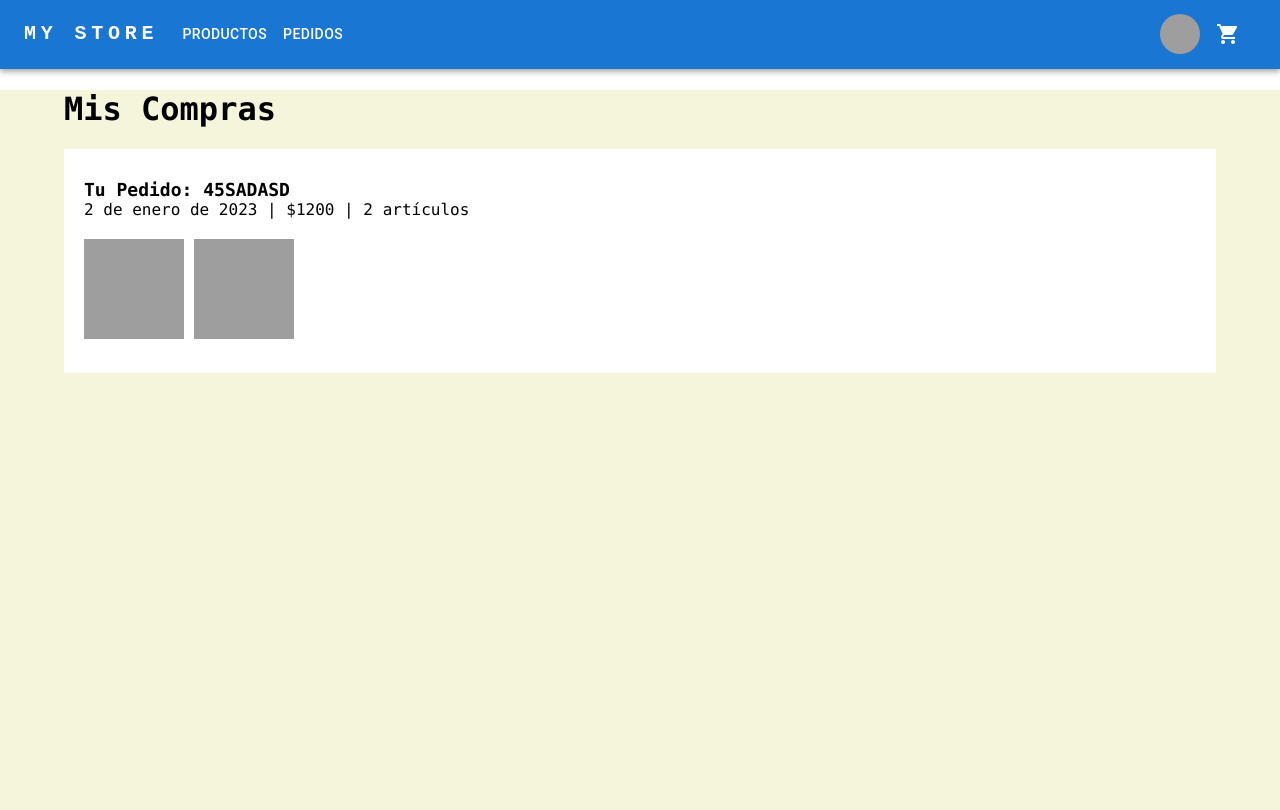
Repository: DanielBorussia/front-my-store
Page: /OrderList
The author's editor kept a copy of each file at every save. The page is drawn from the files as they stood at one save, then again after the next save.
The browser window is 1280 px wide. The pictures show the whole page.
Pictures or frames that could not be fetched are drawn as grey boxes. The project was rebuilt for these pictures with package versions that can differ from the ones it lists, and the page was loaded fresh each time. Also part of the build but not shown: src/components/OrderItem.js, src/containers/MyOrderPreview.js, src/components/ProductItem.js, src/hooks/useGetProducts.js, src/shared/Loading.js, src/containers/ProductList.js, src/pages/Home.js.

Above is the page before, as saved 2023-07-01 16:52:21.

After the next save:
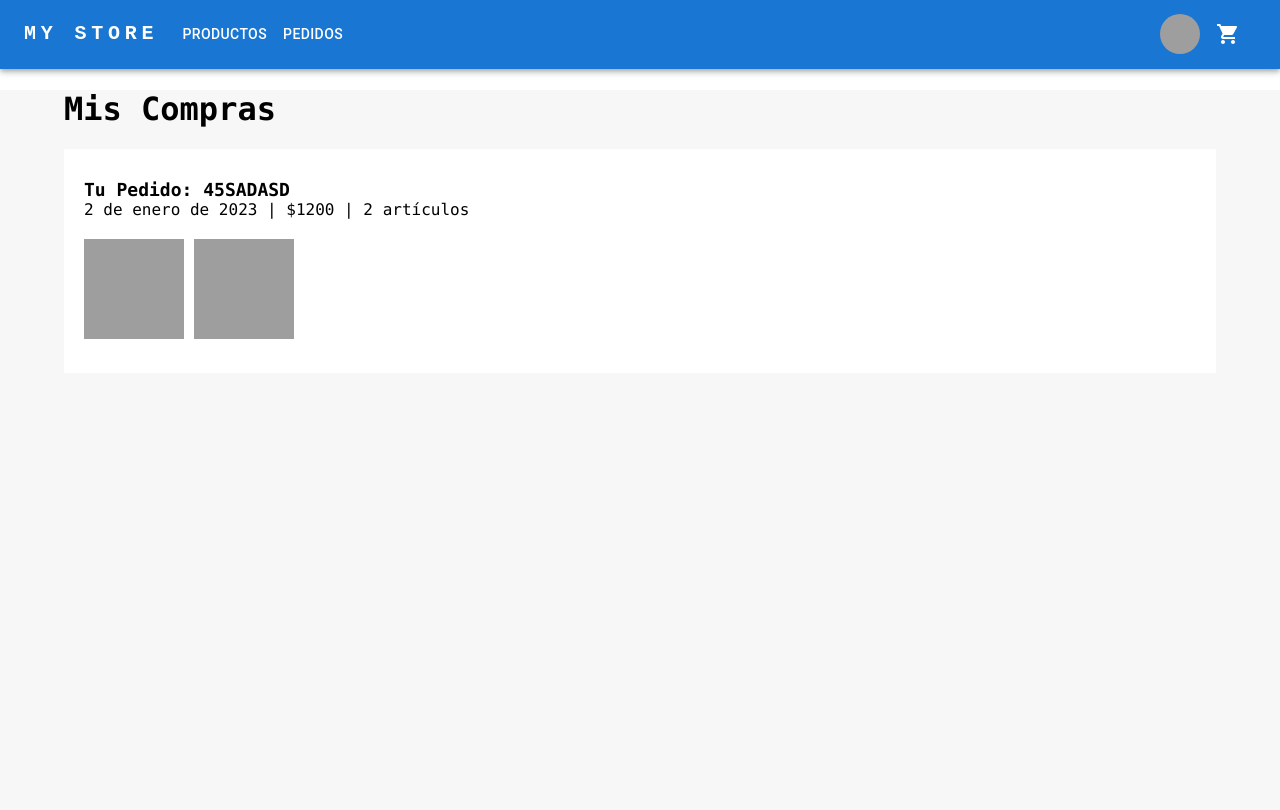
Saved 31 s later.
--- a/src/styles/Layout.scss
+++ b/src/styles/Layout.scss
@@ -1,4 +1,4 @@
 .Content{
-    background-color: beige;
+    background-color: #f7f7f7;
     height: 100vh;
 }
